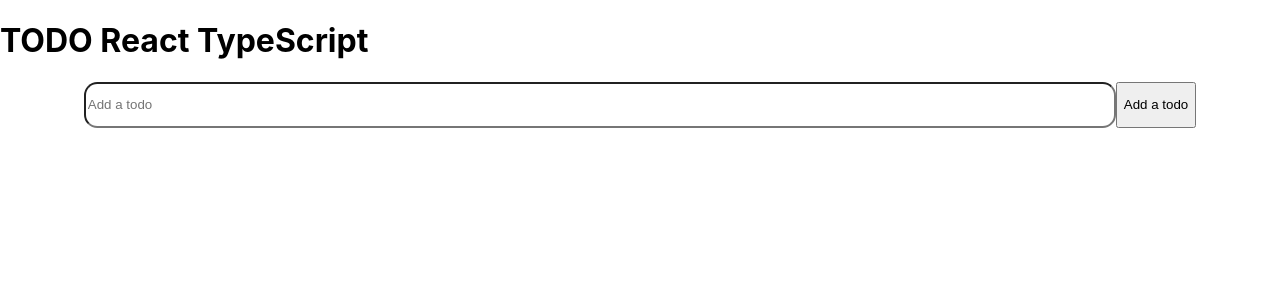
Repository: gligor99/todo-ts-react
Page: /
These files come from the project's save history. The page is drawn as it stood at one moment and after the next save; the edit follows.
The browser window is 1280 px wide. The pictures show the whole page.
The project was rebuilt for these pictures with package versions that can differ from the ones it lists, and the page was loaded fresh each time. Also part of the build but not shown: src/components/TodoListItem.tsx.

Above is the page before, as saved 2021-11-19 21:27:40.

### src/App.tsx
import React, { useState } from "react";
import "./App.css";
import TodoForm from "./components/TodoForm";
import TodoList from "./components/TodoList";

function App() {
  const [todos, setTodos] = useState<Array<Todo>>([]);

  const addTodo: AddTodo = (newTodo) => {
    if (newTodo !== "") {
      setTodos([...todos, { text: newTodo, complete: false }]);
    }
  };

  const toggleComplete: ToggleComplete = (selectedTodo) => {
    const updatedTodos = todos.map((todo) => {
      if (todo === selectedTodo) {
        return { ...todo, complete: !todo.complete };
      }
      return todo;
    });
    setTodos(updatedTodos)
  };

  return (
    <div className="App">
      <h1>TODO React TypeScript</h1>
      <TodoForm addTodo={addTodo} />
      <TodoList todos={todos} toggleComplete={toggleComplete} />
    </div>
  );
}

export default App;

### src/App.css
.todo-form {
    display: flex;
    justify-content: center;
}
.todo-input {
    height: 3em;
    border-radius: 1em;
    width: 80%;
}

### src/components/TodoForm.tsx
import React, { ChangeEvent, FormEvent, useState } from "react";

interface TodoFormProps {
  addTodo: AddTodo;
}

const TodoForm: React.FC<TodoFormProps> = ({ addTodo }) => {
  const [newTodo, setNewTodo] = useState<string>("");

  const handleChange = (e: ChangeEvent<HTMLInputElement>) => {
    setNewTodo(e.target.value);
  };

  const handleSubmit = (e: FormEvent<HTMLButtonElement>) => {
    e.preventDefault();
    addTodo(newTodo);
    setNewTodo("");
  };

  return (
    <form className="todo-form">
      <input
        type="text"
        value={newTodo}
        className="todo-input"
        placeholder="Add a todo"
        onChange={handleChange}
      />
      <button type="submit" className="todo-button" onClick={handleSubmit}>
        Add a todo
      </button>
    </form>
  );
};

export default TodoForm;

### src/components/TodoList.tsx
import React from "react";
import TodoListItem from "./TodoListItem";

interface TodoListProps {
  todos: Array<Todo>;
  toggleComplete: ToggleComplete;
}

const TodoList: React.FC<TodoListProps> = ({ todos, toggleComplete }) => {
  return (
    <ul>
      {todos.map((todo) => {
          return (
              <ul>
                  <TodoListItem key={todo.text} todo={todo} toggleComplete={toggleComplete}/>
              </ul>
          )
      })}
    </ul>
  );
};

export default TodoList;

Loaded but not shown: public/index.html (common file); src/index.tsx (common file); src/index.css (common file); src/reportWebVitals.ts (common file)

After the next save:
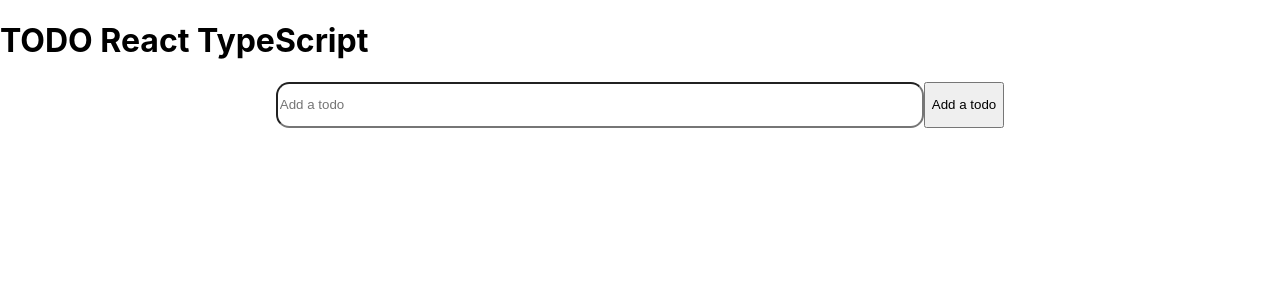
Saved 4 s later.
--- a/src/App.css
+++ b/src/App.css
@@ -5,5 +5,5 @@
 .todo-input {
     height: 3em;
     border-radius: 1em;
-    width: 80%;
+    width: 50%;
 }
